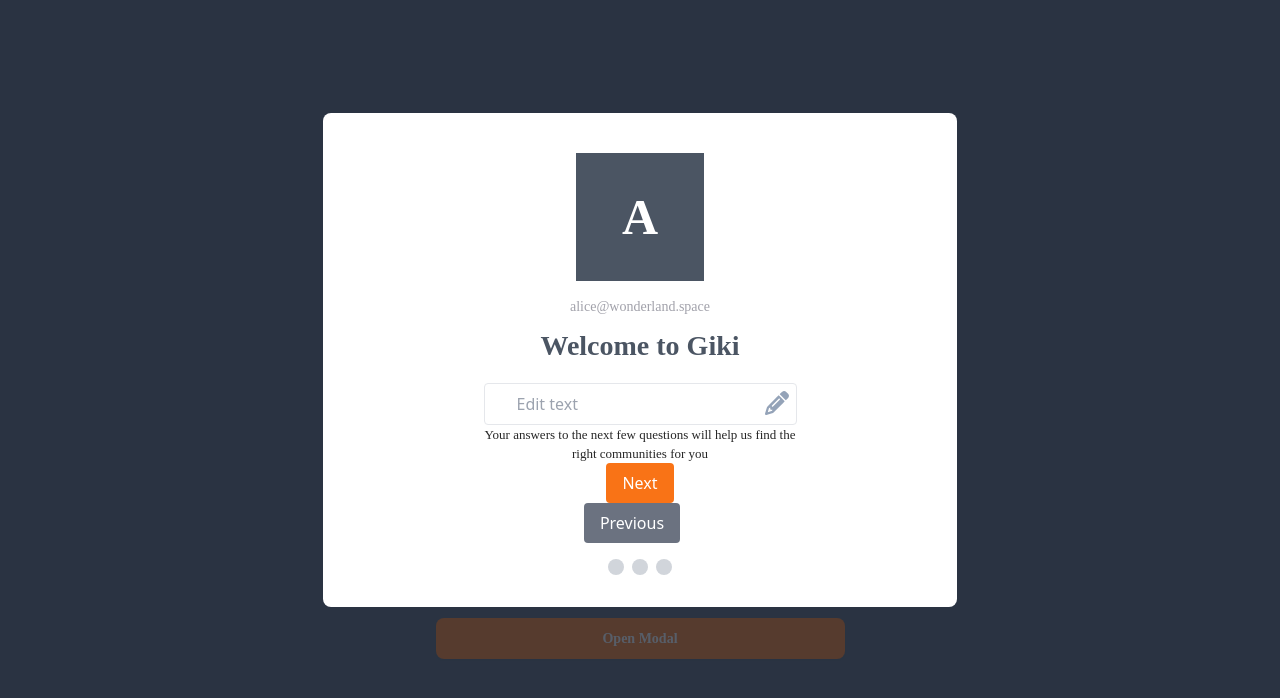
Repository: ZakariaZhlat125/lucatctyteste
Page: /, after clicking the first element matching `button.mt-36`
These files come from the project's save history. The page is drawn as it stood at one moment and after the next save; the edit follows.
The browser window is 1280 px wide. The pictures show the whole page.
The project was rebuilt for these pictures with package versions that can differ from the ones it lists, and the page was loaded fresh each time. Also part of the build but not shown: vite.config.js, src/Components/ModalComponents/PickLang.jsx, src/Components/ModalComponents/SelectImage.jsx.

Above is the page before, as saved 2023-09-29 11:28:21.

After the next save:
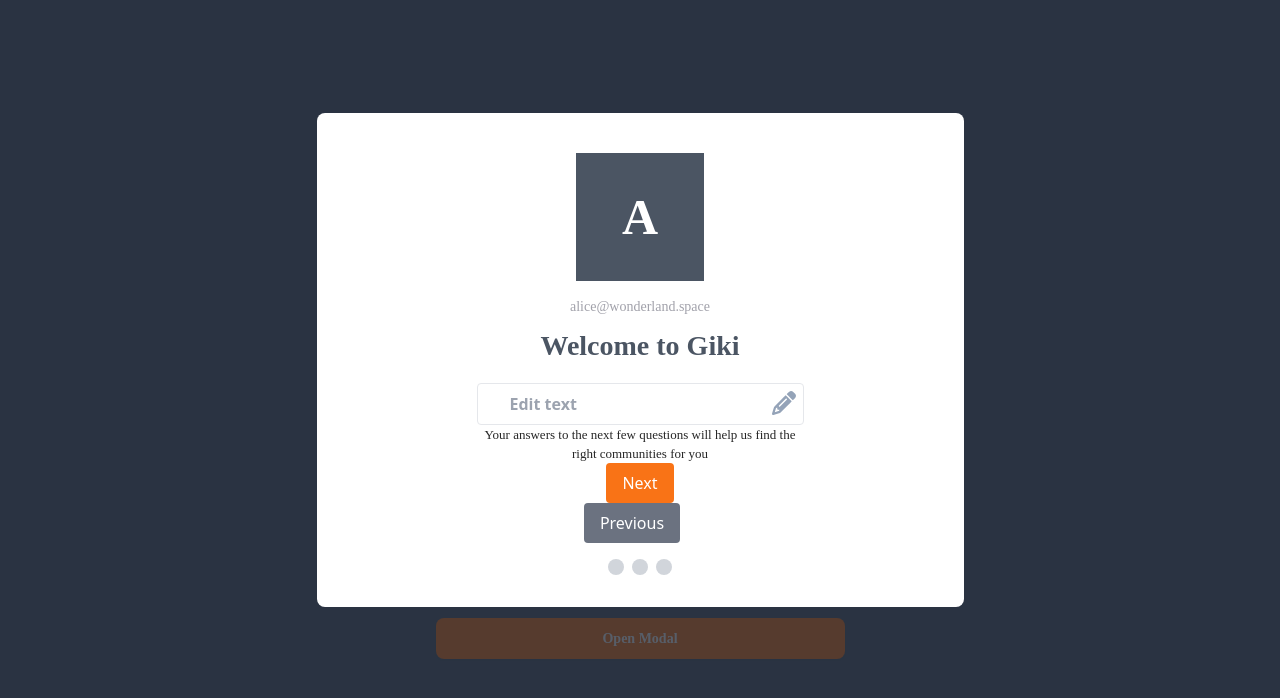
Saved 14 s later.
--- a/src/Components/ModalComponents/Welcom.jsx
+++ b/src/Components/ModalComponents/Welcom.jsx
@@ -21,7 +21,7 @@
         <input
           type="text"
           placeholder="Edit text"
-          className="py-2 px-8 pr-12 border text-orange-500 rounded focus:outline-none focus:border-orange-500"
+          className="py-2 px-8 pr-12 border text-orange-500 font-bold rounded focus:outline-none focus:border-orange-500"
         />
         <FontAwesomeIcon
           icon={faPencilAlt}
